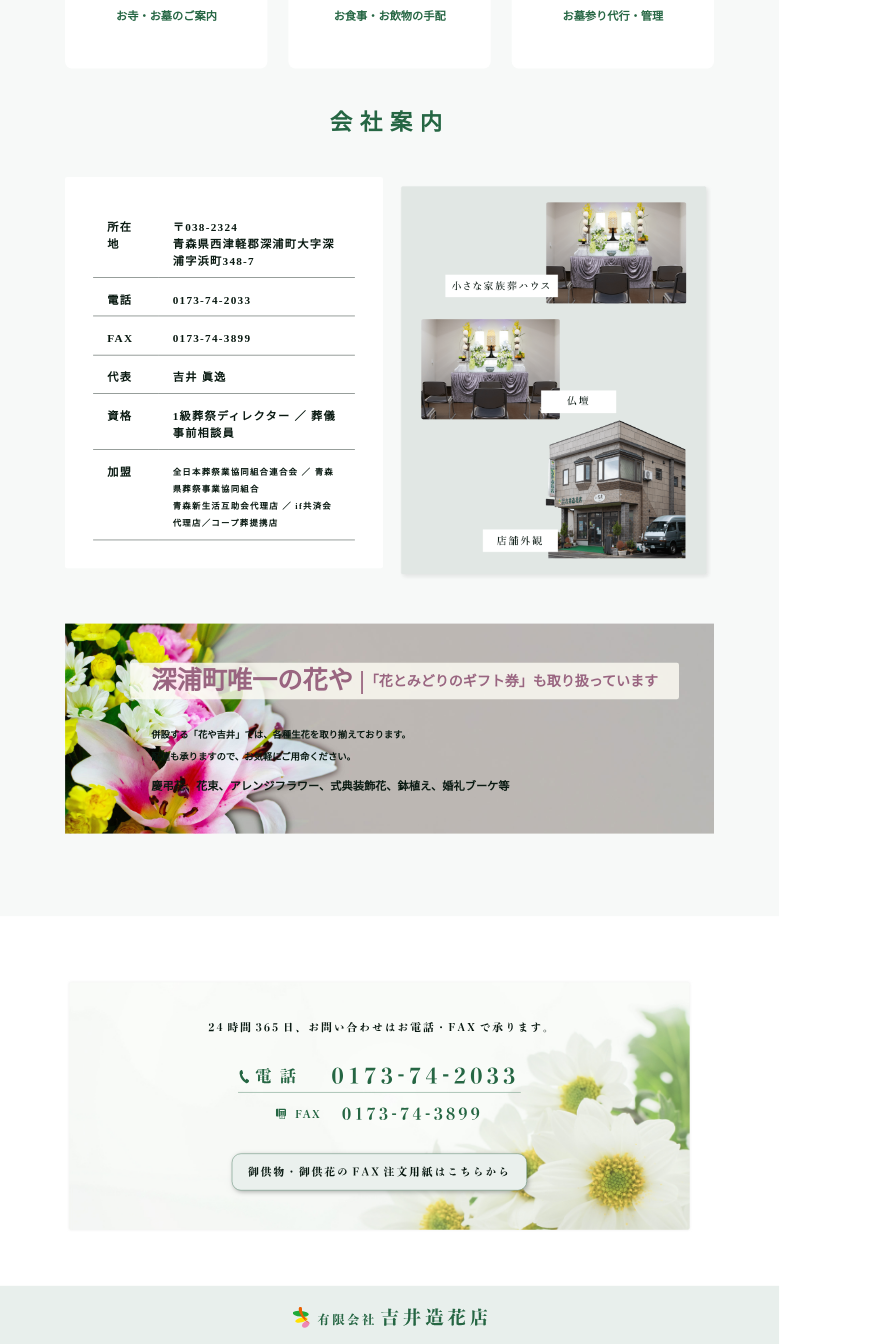
Repository: plus-agc-service-yamauchi/yoshii_scratch_ver3
Page: about.html
These files come from the project's save history. The page is drawn as it stood at one moment and after the next save; the edit follows.
The browser window is 1280 px wide. The pictures show the part of the page from y = 1067 to 2987 px (the page is 3810 px tall before and 3805 px after), at 70% of full size.
Pictures or frames that could not be fetched are drawn as grey boxes. Some web libraries are served in a nearby version. The style sheet was rebuilt from its Sass, Less or Tailwind sources for each picture, by a compiler version that may differ from the author's.

Above is the page before, as saved 2021-02-04 10:41:19.
Console error (its wording comes from the project's code and is left out).

After the next save:
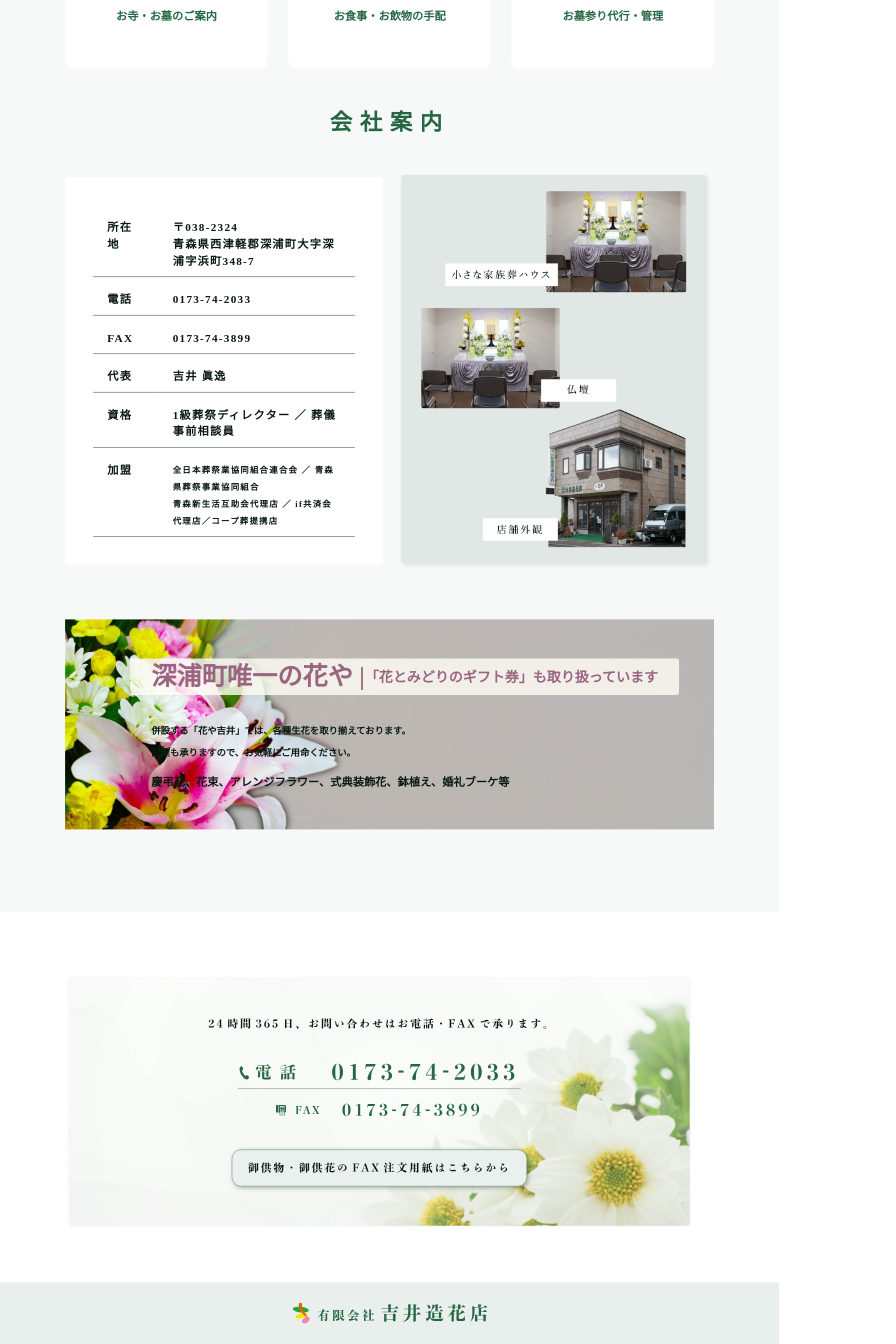
Saved 10 s later.
--- a/scss/about.scss
+++ b/scss/about.scss
@@ -257,6 +257,6 @@
     grid-template-columns: 830px 1fr !important;
   }
   .nm10 {
-    margin-top: 8px;
-  }
-}
+    margin-top: -8px;
+  }
+}
